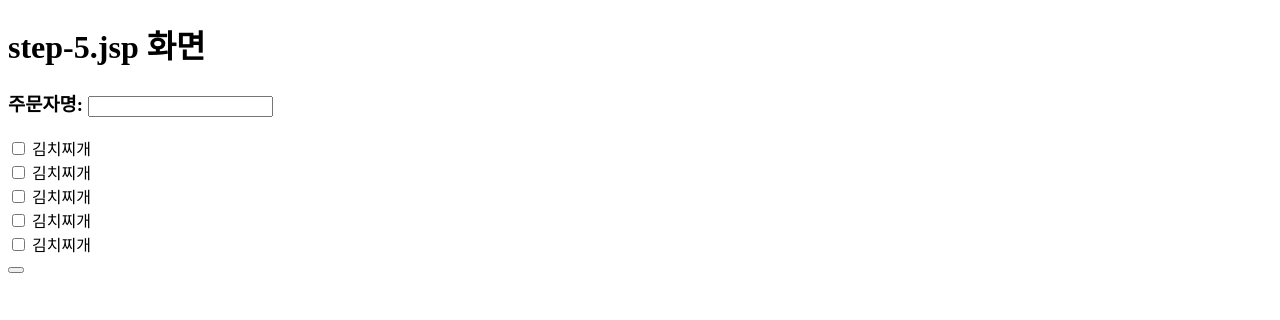
Repository: dtkd19/jsp-jstl_241021
Page: http://localhost/jstl_study/step-5.jsp
The author's editor kept a copy of each file at every save. The page is drawn from the files as they stood at one save, then again after the next save.
The browser window is 1280 px wide. The pictures show the whole page.
The page is served by Tomcat 9.

Above is the page before, as saved 2024-10-21 05:45:04.

After the next save:
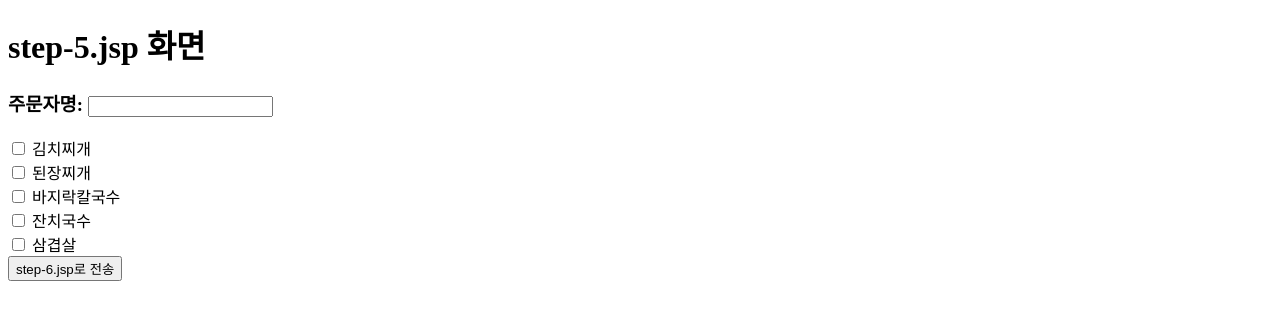
Saved 50 s later.
--- a/jstl_study/src/main/webapp/step-5.jsp
+++ b/jstl_study/src/main/webapp/step-5.jsp
@@ -15,11 +15,11 @@
 	<form action="step-6.jsp">
 	<h3>주문자명: <input type="text" name="customer"></h3>
 	<input type="checkbox" name="menu" value="김치찌개"> 김치찌개 <br>
-	<input type="checkbox" name="menu" value="김치찌개"> 김치찌개 <br>
-	<input type="checkbox" name="menu" value="김치찌개"> 김치찌개 <br>
-	<input type="checkbox" name="menu" value="김치찌개"> 김치찌개 <br>
-	<input type="checkbox" name="menu" value="김치찌개"> 김치찌개 <br>
-	<button type="submit"></button>
+	<input type="checkbox" name="menu" value="된장찌개"> 된장찌개 <br>
+	<input type="checkbox" name="menu" value="바지락칼국수"> 바지락칼국수 <br>
+	<input type="checkbox" name="menu" value="잔치국수"> 잔치국수 <br>
+	<input type="checkbox" name="menu" value="삼겹살"> 삼겹살 <br>
+	<button type="submit">step-6.jsp로 전송</button>
 
 	</form>
 
